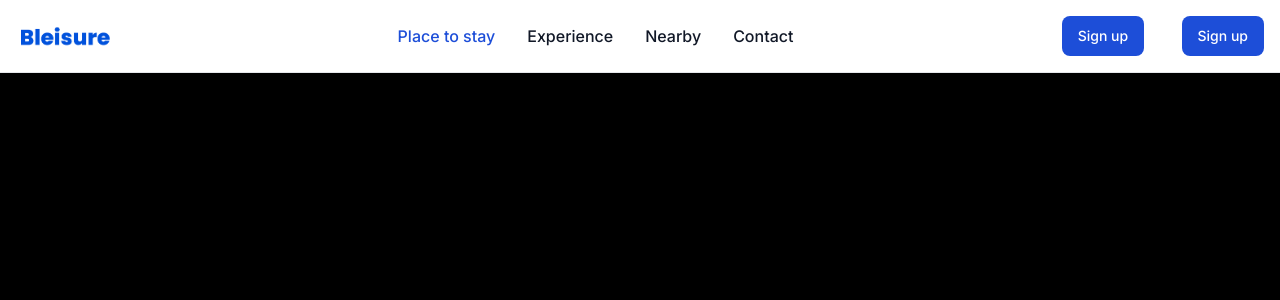
Repository: aditya-jha-kumar/BleisureHosting-V1
Page: /home
The author's editor kept a copy of each file at every save. The page is drawn from the files as they stood at one save, then again after the next save.
The browser window is 1280 px wide. The pictures show the whole page.
The project was rebuilt for these pictures with package versions that can differ from the ones it lists, and the page was loaded fresh each time. The framework's server and built-in components were replaced by stand-ins that run in the browser. Also part of the build but not shown: next.config.mjs.

Above is the page before, as saved 2024-06-12 03:53:02.

After the next save:
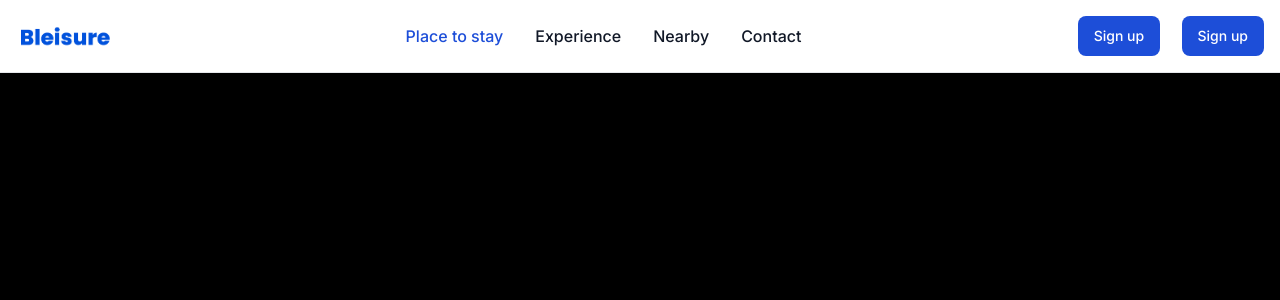
Saved 5 s later.
--- a/src/components/navbar.tsx
+++ b/src/components/navbar.tsx
@@ -47,7 +47,7 @@
           >
             {button1Label}
           </button>
-          <span className="px-4 py-2">|</span>
+          <span className="px-2 py-2">|</span>
           <button
             type="button"
             className="text-white bg-blue-700 hover:bg-blue-800 focus:ring-4 focus:outline-none focus:ring-blue-300 font-medium rounded-lg text-sm px-4 py-2 text-center dark:bg-blue-600 dark:hover:bg-blue-700 dark:focus:ring-blue-800"
